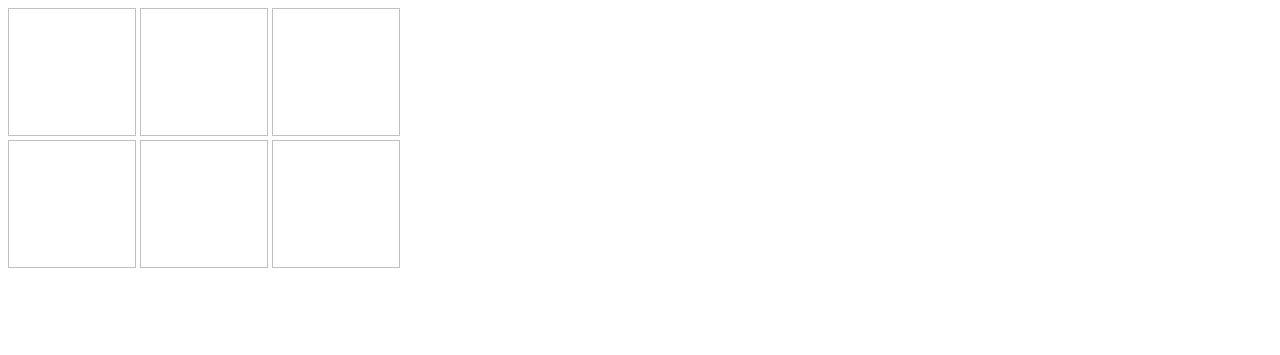
Repository: shoma2491/Mission_Invisible
Page: src/main/resources/templates/game.html
An editor plug-in stored every save of this project. The page is shown before and after the next save, followed by the edit.
The browser window is 1280 px wide. The pictures show the whole page.

Above is the page before, as saved 2021-12-19 23:37:26.

### src/main/resources/templates/game.html
<!DOCTYPE html>
<html>

<head>

</head>

<body>
    <img th:src="@{/image/神社.png}" width="128" height="128" />
    <img th:src="@{/image/商店街.png}" width="128" height="128" />
    <img th:src="@{/image/くさむら.png}" width="128" height="128" />
    <br/>
    <img th:src="@{/image/納屋.png}" width="128" height="128" />
    <img th:src="@{/image/墓地.png}" width="128" height="128" />
    <img th:src="@{/image/木.png}" width="128" height="128" />
</body>

</html>

After the next save:
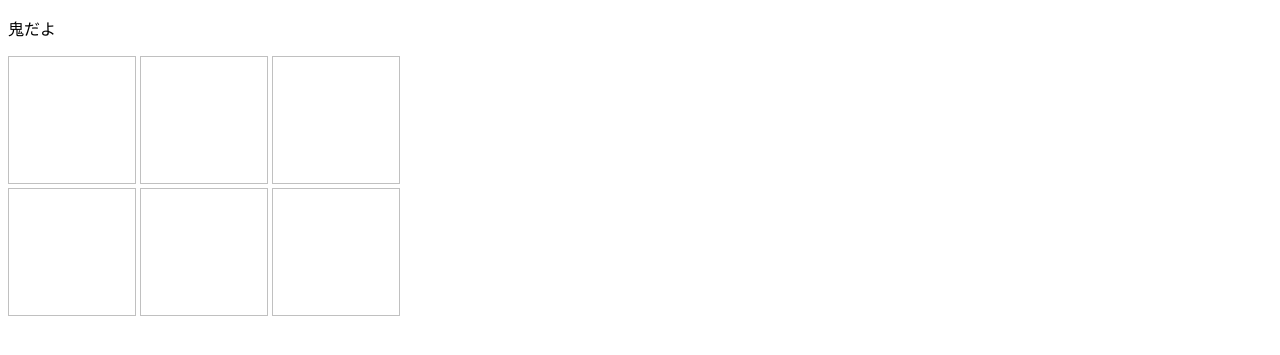
Saved 8 min 25 s later.
--- a/src/main/resources/templates/game.html
+++ b/src/main/resources/templates/game.html
@@ -6,13 +6,18 @@
 </head>
 
 <body>
-    <img th:src="@{/image/神社.png}" width="128" height="128" />
-    <img th:src="@{/image/商店街.png}" width="128" height="128" />
-    <img th:src="@{/image/くさむら.png}" width="128" height="128" />
-    <br/>
-    <img th:src="@{/image/納屋.png}" width="128" height="128" />
-    <img th:src="@{/image/墓地.png}" width="128" height="128" />
-    <img th:src="@{/image/木.png}" width="128" height="128" />
+    <div sec:authorize="hasRole('ROLE_ONI')">
+      <p>鬼だよ</p>
+    </div>
+    <div sec:authorize="hasRole('ROLE_USER')">
+        <a href="/hide/1"><img th:src="@{/image/神社.png}" width="128" height="128" /></a>
+        <a href="/hide/2"><img th:src="@{/image/商店街.png}" width="128" height="128" /></a>
+        <a href="/hide/3"><img th:src="@{/image/くさむら.png}" width="128" height="128" /></a>
+        <br/>
+        <a href="/hide/4"><img th:src="@{/image/納屋.png}" width="128" height="128" /></a>
+        <a href="/hide/5"><img th:src="@{/image/墓地.png}" width="128" height="128" /></a>
+        <a href="/hide/6"><img th:src="@{/image/木.png}" width="128" height="128" /></a>
+    </div>
 </body>
 
 </html>
